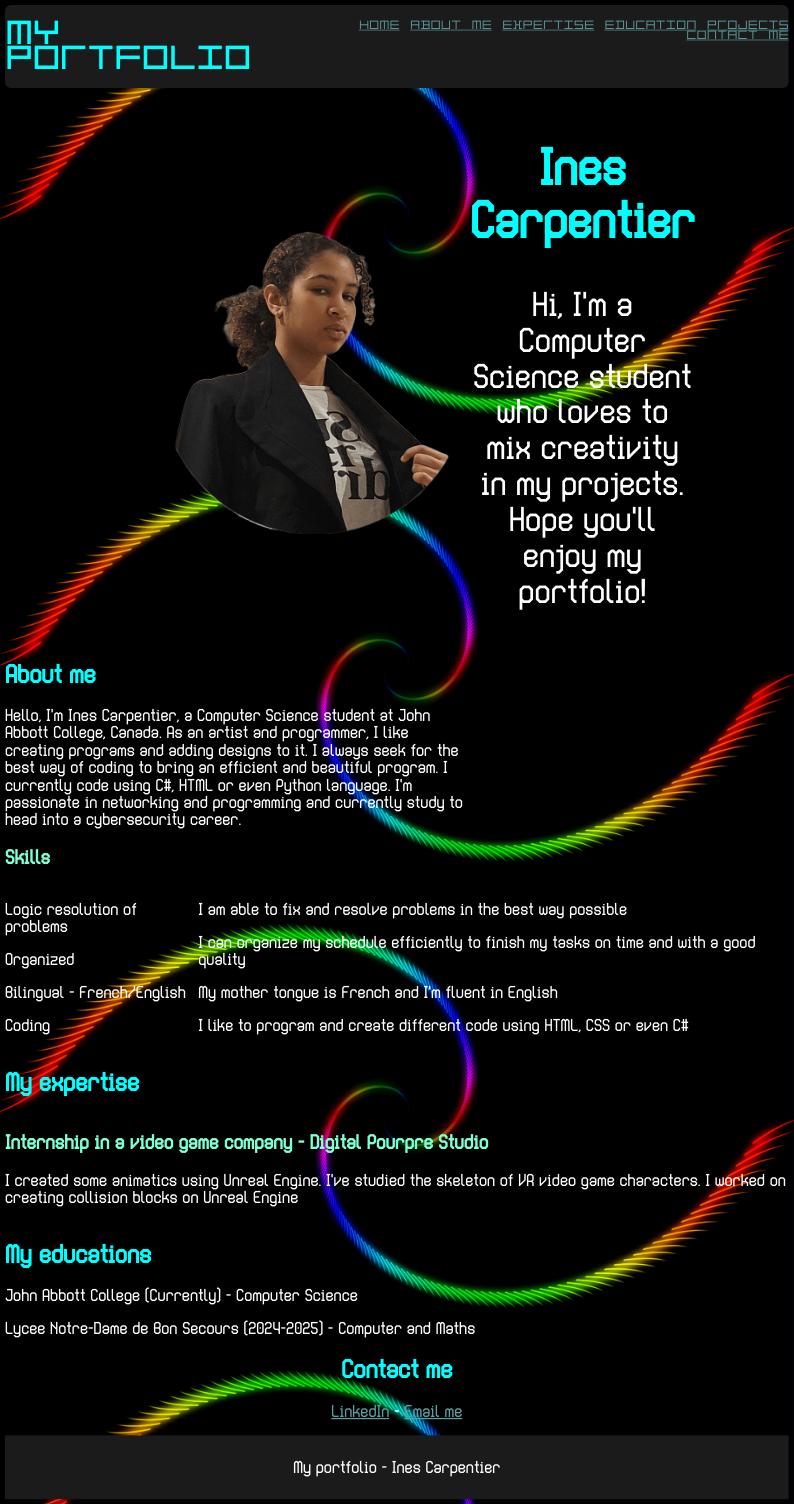
Repository: InsCarp/InsCarp
Page: index.html
The author's editor kept a copy of each file at every save. The page is drawn from the files as they stood at one save, then again after the next save.
The browser window is 1280 px wide. The pictures show the whole page, at 62% of full size.
Backgrounds fixed to the window are drawn as part of the page.

Above is the page before, as saved 2026-05-12 09:27:32.

After the next save:
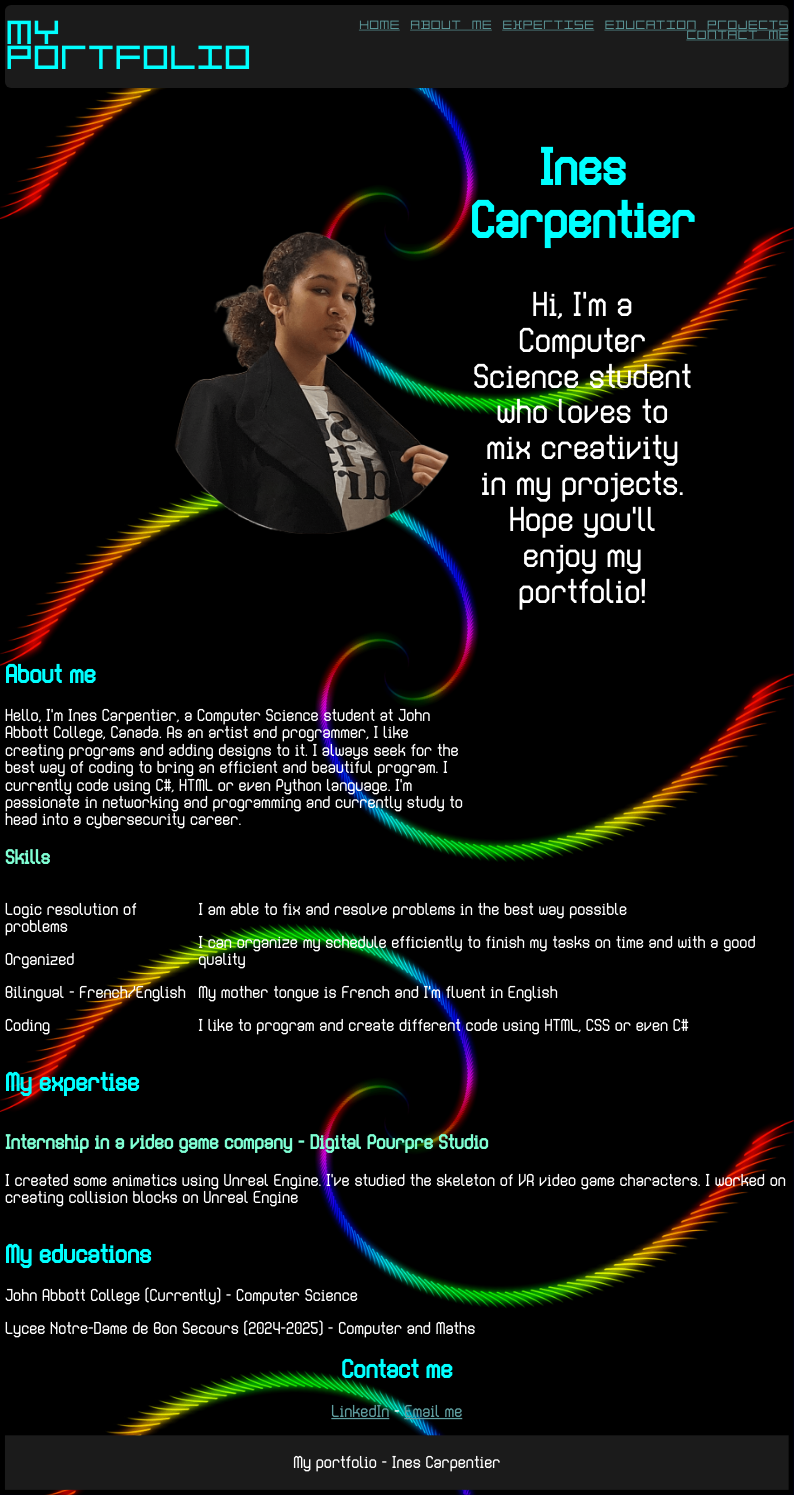
Saved 6 s later.
--- a/styles/globals.css
+++ b/styles/globals.css
@@ -66,7 +66,7 @@ nav{
 footer{
     text-align: center;
     background-color:rgb(27, 27, 27);
-    padding:0.5rem;
+    padding:0.2rem;
 }
 
 @media only screen and (min-width: 800px){
